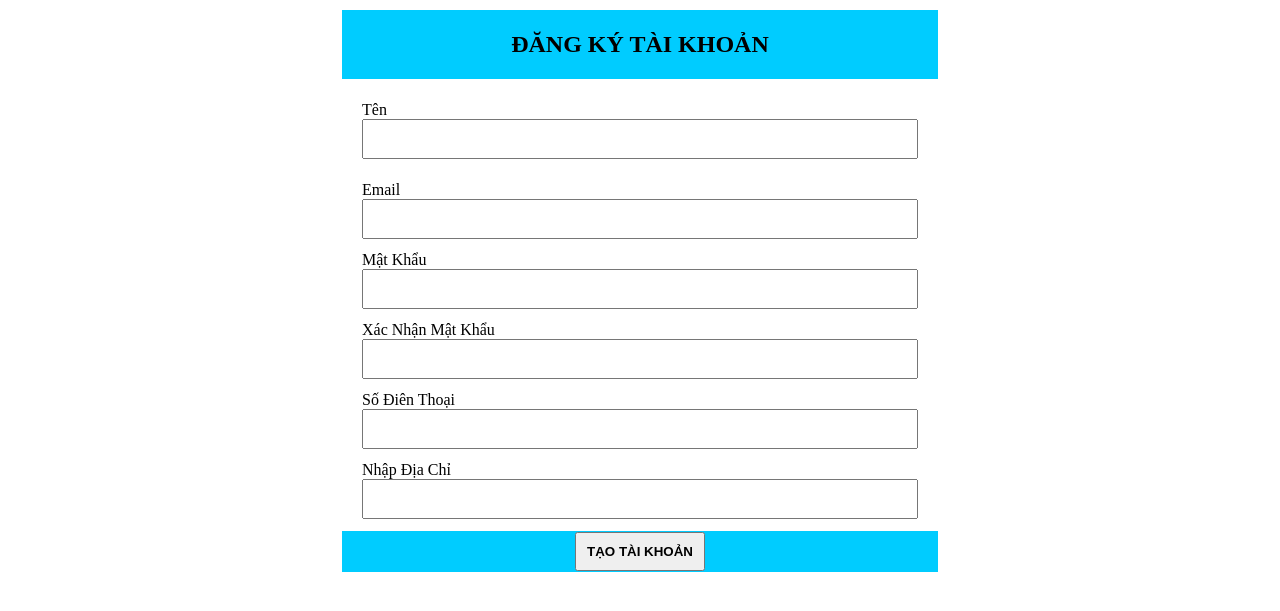
Repository: Tan-Khang21/TH_TKW--Buoi_04
Page: Bai_Tap_Ve_Nha/Bai_01/form7.html
An editor plug-in stored every save of this project. The page is shown before and after the next save, followed by the edit.
The browser window is 1280 px wide. The pictures show the whole page.

Above is the page before, as saved 2024-03-07 16:07:40.

### Bai_Tap_Ve_Nha/Bai_01/form7.html
<!DOCTYPE html>
<html lang="en">
  <head>
    <meta charset="UTF-8" />
    <meta name="viewport" content="width=device-width, initial-scale=1.0" />
    <title>Document</title>
  </head>
  <body>
    <form style="width: 600px; margin: 0 auto">
      <table style="width: 600px">
        <tr>
          <th bgcolor="#00ccff">
            <h2 style="text-transform: uppercase">Đăng Ký Tài Khoản</h2>
          </th>
        </tr>
        <tr>
            <td style="padding: 20px">
              <span>Tên</span>
              <br />
              <input
                type="text"
                style="width: 100%; height: 40px; box-sizing: border-box"
              />
            </td>
          </tr>
        <tr>
          <td style="padding: 0px 20px 10px 20px">
            <span>Email</span>
            <br />
            <input
              type="email"
              style="width: 100%; height: 40px; box-sizing: border-box"
            />
          </td>
        </tr>
        <tr>
          <td style="padding: 0 20px 10px 20px">
            <span>Mật Khẩu</span>
            <br />
            <input
              type="password"
              style="width: 100%; height: 40px; box-sizing: border-box"
            />
          </td>
        </tr>
        <tr>
          <td style="padding: 0 20px 10px 20px">
            <span>Xác Nhận Mật Khẩu</span>
            <br />
            <input
              type="password"
              style="width: 100%; height: 40px; box-sizing: border-box"
            />
          </td>
        </tr>
        <tr>
          <td style="padding: 0 20px 10px 20px">
            <span>Số Điên Thoại</span>
            <br />
            <input
              type="tel"
              style="width: 100%; height: 40px; box-sizing: border-box"
            />
          </td>
        </tr>
        <tr>
          <td style="padding: 0 20px 10px 20px">
            <span>Nhập Địa Chỉ</span>
            <br />
            <input
              type="number"
              style="width: 100%; height: 40px; box-sizing: border-box"
            />
          </td>
        </tr>

        <tr>
            <th bgcolor="#00ccff">
                <input style="text-transform: uppercase; padding: 10px; font-weight: bold;" type="submit" value="Tạo Tài Khoản">
            </th>
        </tr>
      </table>
    </form>
  </body>
</html>

After the next save:
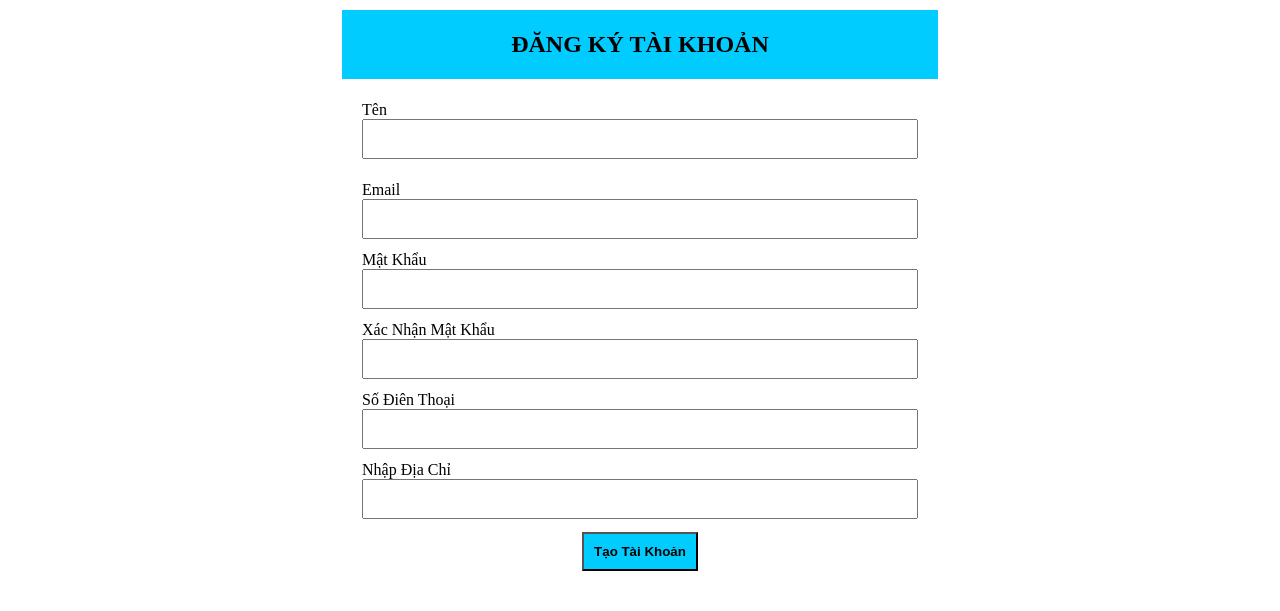
Saved 22 s later.
--- a/Bai_Tap_Ve_Nha/Bai_01/form7.html
+++ b/Bai_Tap_Ve_Nha/Bai_01/form7.html
@@ -75,8 +75,8 @@
         </tr>
 
         <tr>
-            <th bgcolor="#00ccff">
-                <input style="text-transform: uppercase; padding: 10px; font-weight: bold;" type="submit" value="Tạo Tài Khoản">
+            <th bgcolor="">
+                <input style="background-color: #00ccff; ext-transform: uppercase; padding: 10px; font-weight: bold;" type="submit" value="Tạo Tài Khoản">
             </th>
         </tr>
       </table>
